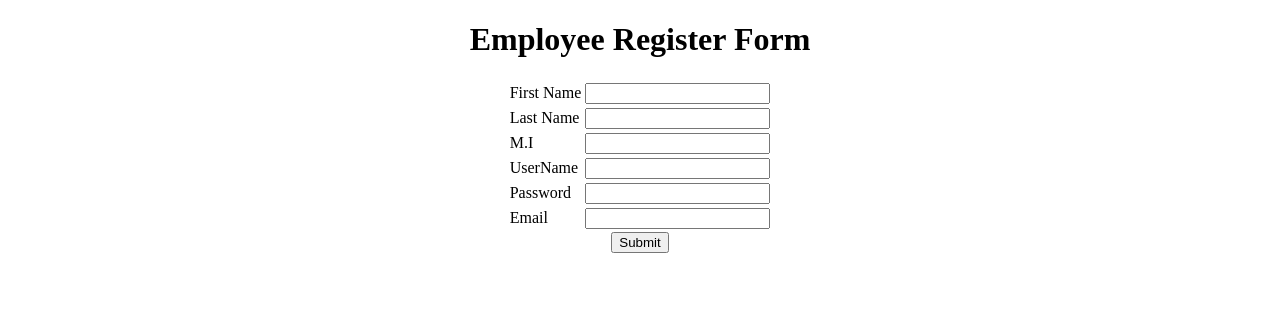
Repository: azkalonz/Int-Prog-2
Page: http://localhost/Int_Prog_2/register?page=register
An editor plug-in stored every save of this project. The page is shown before and after the next save, followed by the edit.
The browser window is 1280 px wide. The pictures show the whole page.
The page is served by Tomcat 9.

Above is the page before, as saved 2021-03-02 10:18:13.

After the next save:
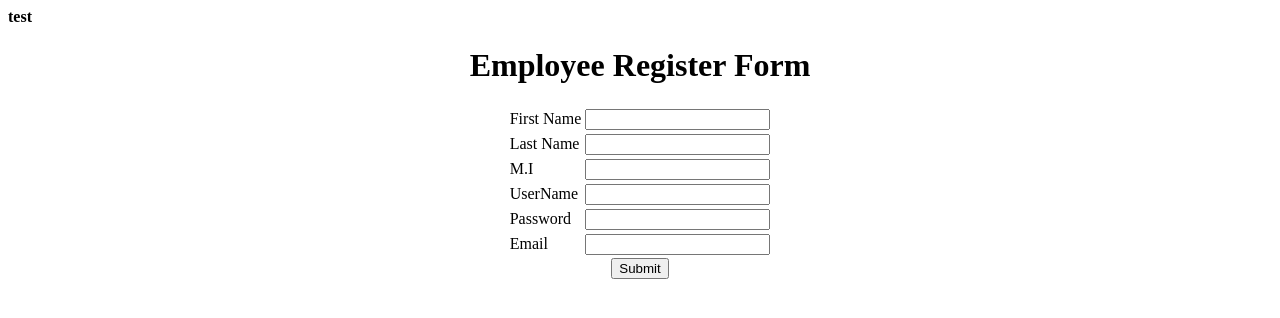
Saved 20 s later.
--- a/Int Prog 2/WebContent/register.jsp
+++ b/Int Prog 2/WebContent/register.jsp
@@ -7,6 +7,9 @@
 <title>Register Employee</title>
 </head>
 <body>
+
+<jsp:include page="header.jsp" />
+
  <div align="center">
   <h1>Employee Register Form</h1>
   <form action="<%= request.getContextPath() %>/register" method="post">
